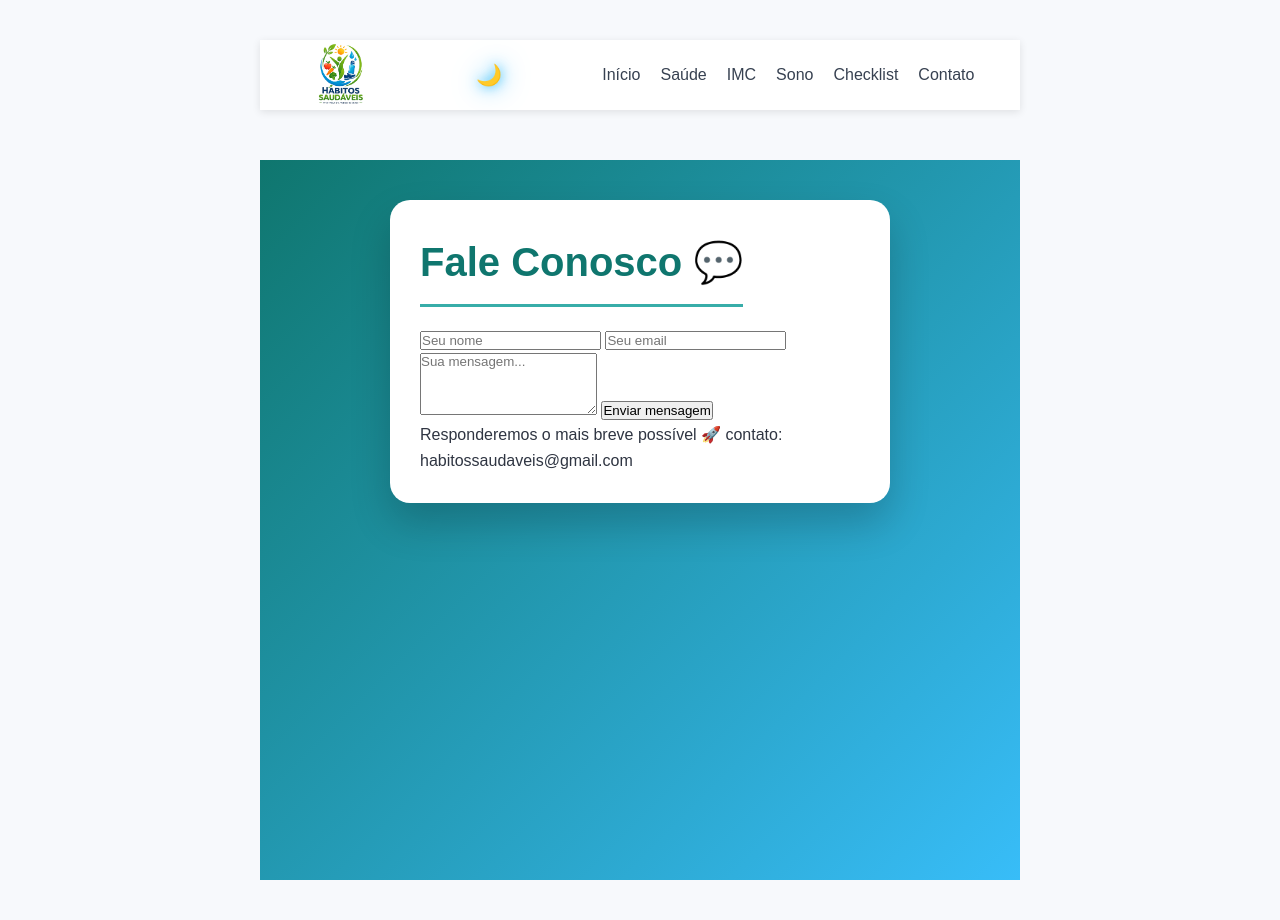
Repository: habitos2026/projetointegrador2026
Page: contato.html
These files come from the project's save history. The page is drawn as it stood at one moment and after a run of saves; the edit follows.
The browser window is 1280 px wide. The pictures show the whole page.

Above is the page before, as saved 2026-06-10 23:11:00.

### contato.html
<!DOCTYPE html>
<html lang="pt-br">
<head>
<meta charset="UTF-8">
<meta name="viewport" content="width=device-width, initial-scale=1.0">
<title>Contato</title>

<link rel="stylesheet" href="estilos.css">

<style>

    :root {
            --cor-mente: #6a89cc;    /* Azul sereno */
            --cor-fisico: #38ada9;   /* Verde energia */
            --cor-agua: #4a69bd;     /* Azul hidratação */
            --cor-fundo: #f7f9fc;
        }

        /* Animação de Entrada */
        @keyframes fadeInUp {
            from {
                opacity: 0;
                transform: translateY(20px);
            }
            to {
                opacity: 1;
                transform: translateY(0);
            }
        }

        body {
            font-family: 'Segoe UI', Roboto, sans-serif;
            line-height: 1.6;
            background-color: var(--cor-fundo);
            color: #2f3542;
            max-width: 800px;
            margin: 0 auto;
            padding: 40px 20px;
        }

        header {
            text-align: center;
            margin-bottom: 50px;
            animation: fadeInUp 0.8s ease-out;
        }

        h1 {
            color: var(--cor-mente);
            font-size: 2.5rem;
            border-bottom: 3px solid var(--cor-fisico);
            display: inline-block;
            padding-bottom: 10px;
        }

        section {
            background: white;
            padding: 30px;
            border-radius: 15px;
            box-shadow: 0 10px 25px rgba(0,0,0,0.05);
            animation: fadeInUp 1s ease-out;
        }

        h2 {
            color: var(--cor-fisico);
            margin-top: 30px;
            display: flex;
            align-items: center;
            gap: 10px;
        }

/* ÁREA SÓ DO CONTATO */
.contato-page {
    background: linear-gradient(135deg, #0f766e, #38bdf8);
    min-height: 100vh;
    padding: 40px 10px;
}

/* CARD */
.contato-box {
    max-width: 500px;
    margin: auto;
    background: white;
    padding: 30px;
    border-radius: 20px;
    box-shadow: 0 20px 40px rgba(0,0,0,0.2);
    animation: subir 0.6s ease;
}

/* ANIMAÇÃO */
@keyframes subir {
    from {
        opacity: 0;
        transform: translateY(40px);
    }
    to {
        opacity: 1;
        transform: translateY(0);
    }
}

.contato-box h1 {
    text-align: center;
    color: #0f766e;
    margin-bottom: 20px;
}

/* FORM */
.contato-form {
    display: flex;
    flex-direction: column;
    gap: 15px;
}

.contato-form input,
.contato-form textarea {
    padding: 12px;
    border-radius: 10px;
    border: 1px solid #cbd5e1;
    outline: none;
    transition: 0.3s;
    font-size: 1rem;
}

.contato-form input:focus,
.contato-form textarea:focus {
    border-color: #0f766e;
    box-shadow: 0 0 8px rgba(15,118,110,0.3);
}

/* BOTÃO */
.contato-form button {
    padding: 12px;
    border: none;
    border-radius: 10px;
    background: #0f766e;
    color: white;
    font-weight: bold;
    cursor: pointer;
    transition: 0.3s;
}

.contato-form button:hover {
    background: #115e59;
    transform: scale(1.03);
    cursor: pointer;
}

.contato-box button

/* TEXTO */
.info {
    text-align: center;
    margin-top: 15px;
    color: #64748b;
    font-size: 0.9rem;
}

</style>

</head>

<body>

<div id="menu"></div>

<div class="contato-page">

    <div class="contato-box">
        <h1>Fale Conosco 💬</h1>

        <form class= method="post">
            <input type="text" placeholder="Seu nome" required>
            <input type="email" placeholder="Seu email" required>
            <textarea rows="4" placeholder="Sua mensagem..." required></textarea>
            <button type="submit">Enviar mensagem</button>
        </form>

        <div class="info">
            Responderemos o mais breve possível 🚀  contato: habitossaudaveis@gmail.com
        </div>
    </div>

</div>

<script src="trabalho.js"></script>

</body>
</html>

### estilos.css
:root{
    --cinza245: rgb(245,245,245);
    --cinza220: rgb(220,220,220);
    --cinza128: rgb(128,128,128);
    --azul: rgb(0,80,120);
    --amarelo: yellow;
}

/* RESET */
*{
    margin:0;
    padding:0;
    box-sizing:border-box;
    font-family:Arial, sans-serif;
}

body{
    background:#f5f7fb;
    color:#1f2937;
}

/* HEADER */
header{
    background:white;
    height:70px;

    display:flex;
    align-items:center;
    justify-content:space-between;

    padding:0 6%;

    box-shadow:0 2px 8px rgba(0,0,0,0.1);
}

/* LOGO */
.logo{
    height:100%;
    width:auto;
}

/* MENU */
.menu{
    display:flex;
    align-items:center;
    gap:20px;
}

.menu a{
    text-decoration:none;
    color:#374151;
    transition: 0.5s;

}

.menu a:hover{
    color:#0f766e;
    text-shadow: 0 0 6px #01b3a4;
}

/* TOPO MENU MOBILE */
.topoMenu{
    display:none;
}

/* BOTÃO MENU */
.botaoMenu{
    border:none;
    background:transparent;

    display:none;
    flex-direction:column;

    gap:6px;

    cursor:pointer;
    transition:0.5s;
}

.botaoMenu div{
    width:28px;
    height:3px;

    background:black;
    transition:0.5s;
}

/* MAIN */
main{
    max-width:800px;

    margin:40px auto;

    background:white;

    padding:30px;

    border-radius:10px;
}

/* TEXTOS */
h1{
    color:#0f766e;
    margin-bottom:10px;
}

p{
    margin-bottom:15px;
}

/* BANNER */
.bannerIndexInicio{
    width:100%;
    height:300px;
    overflow:hidden;
}

.bannerIndexInicio img{
    width:100%;
    height:100%;

    object-fit:cover;
    display:block;
}

.bannerIndex{
    height:100%;

    display:flex;
    justify-content:center;

    overflow:hidden;

    aspect-ratio:16/9;
}

.bannerIndex img{
    width:70%;
    height:80%;

    object-fit:cover;
}

/* BOX ÁGUA */
.agua-box{
    background:#ecfeff;

    padding:20px;

    border-radius:15px;

    margin-bottom:20px;
}

.agua-box h2{
    color:#0f766e;
    margin-bottom:10px;
}

.agua-box input{
    width:100%;

    padding:10px;

    margin-bottom:10px;

    border-radius:8px;

    border:1px solid #ccc;
}

.agua-box button{
    width:100%;

    padding:12px;

    background:#0f766e;

    color:white;

    border:none;

    border-radius:8px;

    cursor:pointer;

    transition:0.5s;
}

.agua-box button:hover{
    background:#115e59;

    transform:scale(1.01);

    box-shadow:
    0 0 10px rgb(1, 255, 234),
    0 0 15px rgb(0, 173, 253);
}

#resultadoAgua{
    margin-top:10px;
    font-weight:bold;
}

/* LISTAS */
.listas{
    width:65%;

    display:grid;

    grid-template-columns:repeat(2, 1fr);

    gap:1rem;
}

/* IMAGENS SAÚDE */
.Saude .Imagem img{

    width:35%;

    height:auto;

    object-fit:cover;

    border-radius:15px;

    transition:0.4s;
}

.Saude .Imagem img:hover{

    transform:scale(1.05);

    box-shadow:
    0 0 10px cyan,
    0 0 20px cyan,
    0 0 40px cyan;
}

.imc-box{
    background:#0f766e;

    padding:20px;

    border-radius:20px;

    margin-top:3rem;


}

.imc-box input{
    width:100%;

    padding:10px;

    margin-bottom:10px;

    border-radius:8px;

    border:1px solid #ccc;
}

.imc-box button{
    width:100%;

    padding:12px;

    background: white;

    border: none;

    border-radius:8px;

    cursor:pointer;

    transition:0.5s;
}

.imc-box button:hover{
    background:#f0f0f0;

    transform:scale(1.002);

    box-shadow:
    0 0 6px rgb(1, 255, 234),
    0 0 8px rgb(0, 173, 253),
    0 0 15px  rgba(18, 165, 153);
}

#resultado{
    margin-top:20px;

    font-weight:bold;

    display: flex;

    flex-direction: column;

    align-items: center;

    gap: 10px;

}

#botaoFecharMenu{
    border:none;

    background:transparent;

    box-shadow: none;

    font-size:20px;

    cursor:pointer;

    transition: 0.5s;

    border-radius: 100px;

}


#botaoFecharMenu:hover{
    color: red;
    text-shadow:  0 0 11px rgb(255, 0, 0);
}

#botaoFecharMenu:active{
  animation: clickEffect 0.2s ease;
}


/* ===== BOTÃO TEMA ===== */

/* Tema CLARO ativo — botão mostra 🌙 — neon azul */
#btnTema {
    background: transparent;
    border: none;
    border-radius: 50%;
    width: 38px;
    height: 38px;
    font-size: 1.3rem;
    cursor: pointer;
    transition: all 0.3s;
    filter: drop-shadow(0 0 6px #38bdf8) drop-shadow(0 0 12px #7dd3fc);
}

#btnTema:hover {
    transform: scale(1.12) rotate(10deg);
    filter: drop-shadow(0 0 10px #38bdf8) drop-shadow(0 0 20px #7dd3fc);
}

/* Tema ESCURO ativo — botão mostra ☀️ — neon amarelo */
body.dark #btnTema {
    border: none;
    box-shadow: none;
    filter: drop-shadow(0 0 6px #f59e0b) drop-shadow(0 0 12px #fbbf24);
}

body.dark #btnTema:hover {
    transform: scale(1.2) rotate(50deg);
    filter: drop-shadow(0 0 10px #f59e0b) drop-shadow(0 0 20px #fbbf24);
}

/* ===== DARK MODE ===== */
body.dark {
    background: #0a0f1e;
    color: #e2e8f0;
}

body.dark header {
    background: #0d1b2a;
    box-shadow: 0 2px 8px rgba(0,0,0,0.5);
}

body.dark .menu {
    background: #0d1b2a;
}

body.dark .menu a {
    color: #94a3b8;
    border-bottom-color: #1e3a5f;
}

body.dark .menu a:hover {
    color: #7dd3fc;
    text-shadow: 0 0 6px #7dd3fc88;
}

body.dark main,
body.dark section {
    background: #0d1b2a;
    box-shadow: 0 4px 20px rgba(0,0,0,0.3);
}

body.dark .logo {
    filter: brightness(0.9) drop-shadow(0 0 6px rgba(56, 189, 248, 0.4));
    border-radius: 50%;
    background: transparent;
    mix-blend-mode: screen;
}

body.dark h1 {
    color: #38bdf8;
    text-shadow: 0 0 8px #38bdf855;
}

body.dark h2 {
    color: #7dd3fc;
    text-shadow: none;
}

body.dark .agua-box {
    background: #0d2137;
    border: 1px solid #1e3a5f;
}

body.dark .agua-box input,
body.dark .imc-box input,
body.dark .contato-form input,
body.dark .contato-form textarea {
    background: #0a0f1e;
    color: #e2e8f0;
    border-color: #1e3a5f;
}

body.dark .habit-item {
    background: #0d1b2a;
    color: #e2e8f0;
}

body.dark .barra {
    background: #1e293b;
}

body.dark .barra span {
    background: #38bdf8;
}

body.dark li {
    background: #0d1b2a;
    border-left-color: #38bdf8;
    color: #e2e8f0;
}

body.dark li:hover {
    background: #0d2137;
}

body.dark .contato-box {
    background: #0d1b2a;
}

body.dark .contato-form input,
body.dark .contato-form textarea {
    background: #0a0f1e;
    color: #e2e8f0;
    border-color: #1e3a5f;
}

body.dark footer {
    color: #475569;
}

@keyframes clickEffect {
  0% {
    transform: scale(1);
    text-shadow: 0 0 10px red;
  }
  50% {
    transform: scale(0.95);
    text-shadow: 0 0 20px red;
  }
  100% {
    transform: scale(1);
    text-shadow: 0 0 10px red;
  }
}

/* ANIMAÇÃO */
@keyframes subir{

    from{
        opacity:0;
        transform:translateY(-20px);
    }

    to{
        opacity:1;
        transform:translateY(0);
    }

}

/* MOBILE */
@media screen and (max-width:950px){

    .botaoMenu{
        display:flex;

        animation:subir 0.5s ease;
    }

    .botaoMenu:hover{
        transform: scale(1.03);
    }
    .botaoMenu:hover div{
        box-shadow: 0 10px 15px rgba(0,0,0,0.4);

    }

    .menu{
        position:fixed;

        top:0;
        right:-100%;

        width:80%;
        height:100vh;

        background:white;

        flex-direction:column;

        align-items:flex-start;

        padding:30px;

        transition: right 0.5s;

        z-index:999;
    }

    .menu a{
        width:100%;

        padding:12px 0;


        border-bottom:1px solid var(--cinza220);

        text-decoration:none;

        color:#374151;

        transition: 0.10s;

}

    .menu a:hover{
    color:#0f766e;
    text-shadow: 0 0 6px #01b3a4;
    border: #01b3a4 1px solid;
    transition: 0.5s;
}

    .topoMenu{
        display:flex;

        width:100%;

        justify-content:space-between;

        align-items:center;

        margin-bottom:30px;
    }

    .topoMenu button{
        border:none;

        background:transparent;

        font-size:20px;

        cursor:pointer;
    }

    main{
        margin:20px;
    }

    .bannerIndex img{
        width:100%;
        height:220px;
    }

    .listas{
        width:100%;

        grid-template-columns:1fr;
    }

    .Saude .Imagem img{
        width:100%;
    }
}

### trabalho.js
// ===== DARK MODE — roda ANTES de tudo =====
if (localStorage.getItem("tema") === "dark") {
    document.body.classList.add("dark");
}

// ===== MENU =====
fetch("menu.html")
.then(res => res.text())
.then(data => {

    document.getElementById("menu").innerHTML = data;

    // Botão tema
    const btnTema = document.getElementById("btnTema");
    btnTema.textContent = document.body.classList.contains("dark") ? "☀️" : "🌙";

    btnTema.addEventListener("click", () => {
        document.body.classList.toggle("dark");
        const temaDark = document.body.classList.contains("dark");
        localStorage.setItem("tema", temaDark ? "dark" : "light");
        btnTema.textContent = temaDark ? "☀️" : "🌙";
    });

    // Botões do menu mobile
    const abrir = document.querySelector(".botaoMenu");
    const fechar = document.querySelector("#botaoFecharMenu");
    const menu = document.querySelector("#menuNav");

    abrir.addEventListener("click", () => {
        menu.style.right = "0";
    });

    fechar.addEventListener("click", () => {
        menu.style.right = "-100%";
    });

});

// ===== RESTO DAS FUNÇÕES =====

function calc() {
    const checks = document.querySelectorAll('.habit-item input');
    let marcados = 0;

    checks.forEach(check => {
        if(check.checked) marcados++;
    });

    let porcentagem = (marcados / checks.length) * 100;

    document.getElementById("pct").innerText = Math.round (porcentagem) + "%";
    document.getElementById("bar").style.width = porcentagem + "%";

    const msg = document.getElementById("msg");
    const imgGif = document.getElementById("imgGif");

    if (porcentagem === 100) {

    msg.innerText = "Parabéns! Você completou todos os hábitos 🎉";

    lancarConfetes();

} else {

    msg.innerText = "";
    imgGif.innerHTML = "";

}
}

const data = document.getElementById("data");
if (data) {
    data.addEventListener("click", () => {
        data.showPicker();
    });
}

function calcularAgua() {
    const peso = parseFloat(document.getElementById("peso").value);
    const idade = parseInt(document.getElementById("idade").value);

    if (isNaN(peso) || peso <= 0 || isNaN(idade) || idade <= 0) {
        document.getElementById("resultadoAgua").innerText = "Por favor, preencha peso e idade corretamente.";
        return;
    }

    let mlPorKg;

    if (idade <= 17) mlPorKg = 40;
    else if (idade <= 55) mlPorKg = 35;
    else if (idade <= 65) mlPorKg = 30;
    else mlPorKg = 25;

    const totalMl = peso * mlPorKg;
    const totalLitros = (totalMl / 1000).toFixed(1);

    document.getElementById("resultadoAgua").innerText =
        `Você deve beber aproximadamente ${totalLitros}L de água por dia.`;
}

function lancarConfetes() {

    // Evita lançar várias vezes
    if (document.getElementById("confetes")) return;

    const canvas = document.createElement("canvas");
    canvas.id = "confetes";

    // Cobre a tela toda
    canvas.style.cssText = `
        position: fixed;
        top: 0;
        left: 0;
        width: 100%;
        height: 100%;
        pointer-events: none;
        z-index: 9999;
    `;

    document.body.appendChild(canvas);

    const ctx = canvas.getContext("2d");
    canvas.width = window.innerWidth;
    canvas.height = window.innerHeight;

    // Cores dos confetes
    const cores = [
        "#f59e0b", "#38bdf8", "#34d399",
        "#f472b6", "#a78bfa", "#fb923c"
    ];

    // Cria 150 confetes
    const confetes = Array.from({ length: 150 }, () => ({
        x: Math.random() * canvas.width,
        y: Math.random() * -canvas.height,
        w: Math.random() * 10 + 6,
        h: Math.random() * 5 + 3,
        cor: cores[Math.floor(Math.random() * cores.length)],
        velocidade: Math.random() * 4 + 2,
        angulo: Math.random() * 360,
        rotacao: Math.random() * 6 - 3,
        oscilacao: Math.random() * 2 - 1
    }));

    let frame;
    let tempo = 0;

    function animar() {
        ctx.clearRect(0, 0, canvas.width, canvas.height);
        tempo++;

        confetes.forEach(c => {
            c.y += c.velocidade;
            c.x += c.oscilacao;
            c.angulo += c.rotacao;

            ctx.save();
            ctx.translate(c.x, c.y);
            ctx.rotate((c.angulo * Math.PI) / 180);
            ctx.fillStyle = c.cor;
            ctx.fillRect(-c.w / 2, -c.h / 2, c.w, c.h);
            ctx.restore();
        });

        // Para após 4 segundos
        if (tempo < 240) {
            frame = requestAnimationFrame(animar);
        } else {
            cancelAnimationFrame(frame);
            canvas.remove();
        }
    }

    animar();
}

### menu.html
<header>

    <img class="logo" src="pasta-de-imagens/Logo.png" alt="Logo">

    <button id="btnTema" title="Alternar tema">🌙</button>

    <button class="botaoMenu">

        <div></div>
        <div></div>
        <div></div>

    </button>

    <nav id="menuNav" class="menu">

        <div class="topoMenu">

            <h3>Menu</h3>
            <button id="botaoFecharMenu">X</button>
            <button id="abrirMenu" class="botaoMenu"></button>

        </div>

        <a href="index.html">Início</a>
        <a href="saude.html">Saúde</a>
        <a href="imc.html">IMC</a>
        <a href="sono.html">Sono</a>
        <a href="checklist.html">Checklist</a>
        <a href="contato.html">Contato</a>

    </nav>

</header>

After the next 2 saves:
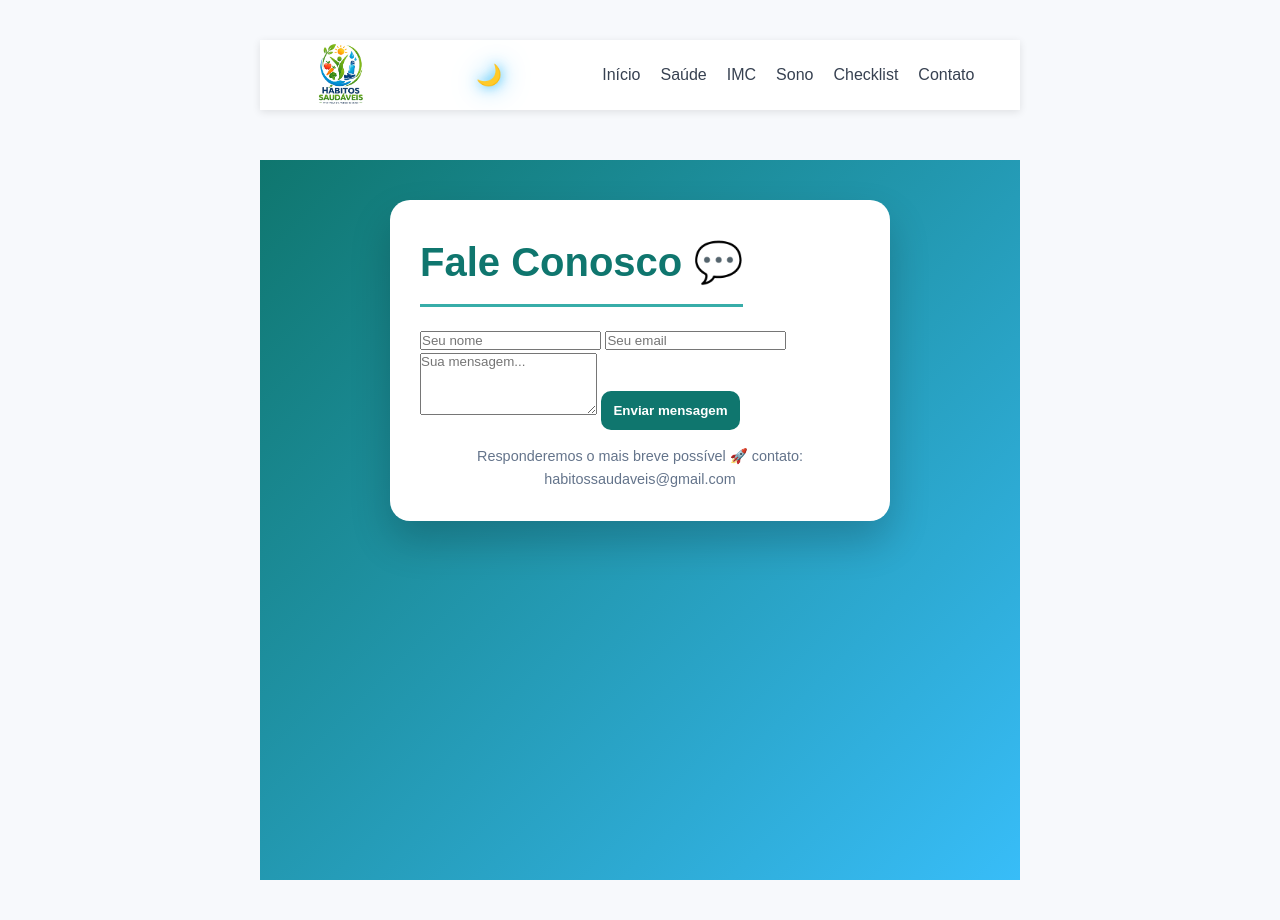
The 2 saves are shown as one change because they came seconds apart.
The last was saved 7 s later.
--- a/contato.html
+++ b/contato.html
@@ -145,7 +145,16 @@
     cursor: pointer;
 }
 
-.contato-box button
+.contato-box button{
+    padding: 12px;
+    border: none;
+    border-radius: 10px;
+    background: #0f766e;
+    color: white;
+    font-weight: bold;
+    cursor: pointer;
+    transition: 0.3s;
+}
 
 /* TEXTO */
 .info {
